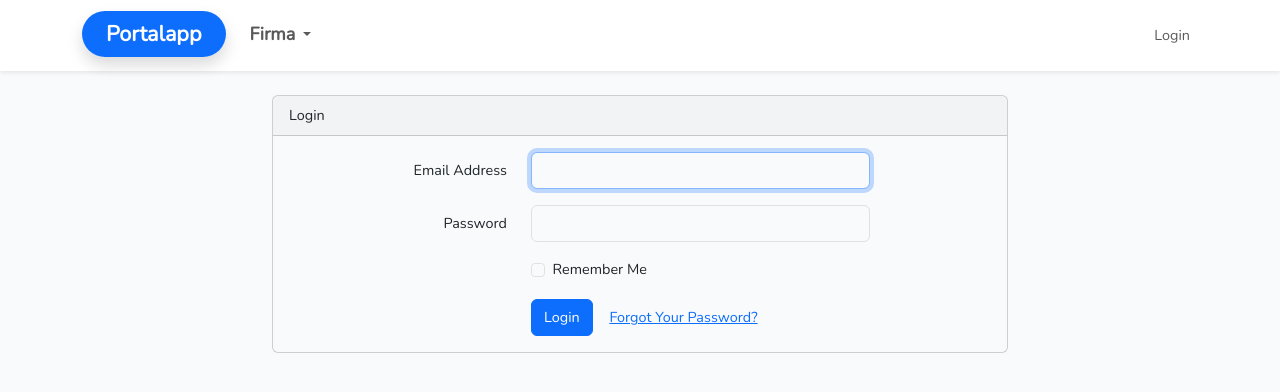
Repository: oguzhansade/portalapp
Page: http://localhost/login
The author's editor kept a copy of each file at every save. The page is drawn from the files as they stood at one save, then again after a run of saves.
The browser window is 1280 px wide. The pictures show the whole page.
The page is served by the project's Laravel application, run on PHP 8.4 with Laravel 9. Style sheets and scripts are compiled from the project's sources, by tool versions that may differ from the author's.

Above is the page before, as saved 2023-06-29 11:41:51.

After the next 2 saves:
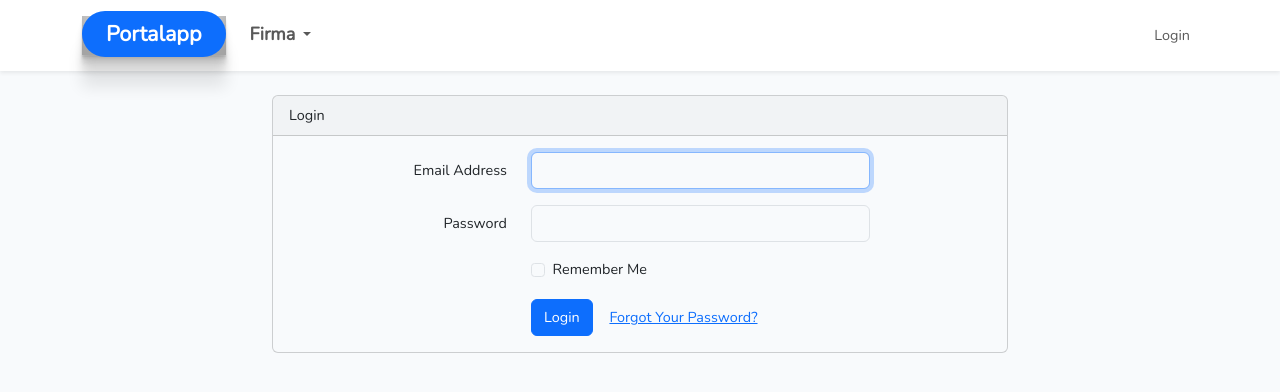
The 2 saves are shown as one change because they came seconds apart.
The last was saved 13 s later.
--- a/resources/views/layouts/app.blade.php
+++ b/resources/views/layouts/app.blade.php
@@ -39,8 +39,8 @@
     <div id="app">
         <nav class="navbar navbar-expand-md navbar-light bg-white shadow-sm ">
             <div class="container py-2">
-                <a class="navbar-brand" href="{{ url('/') }}">
-                    <span class="h4 px-4 py-2 bg-primary text-white shadow rounded-custom"><b>{{ config('app.name', 'Laravel') }}</b></span> </span>
+                <a class="navbar-brand b-shadow" href="{{ url('/') }}">
+                    <span class="h4 px-4 py-2 bg-primary text-white  rounded-custom"><b>{{ config('app.name', 'Laravel') }}</b></span> </span>
                 </a>
                 <button class="navbar-toggler" type="button" data-bs-toggle="collapse" data-bs-target="#navbarSupportedContent" aria-controls="navbarSupportedContent" aria-expanded="false" aria-label="{{ __('Toggle navigation') }}">
                     <span class="navbar-toggler-icon"></span>
